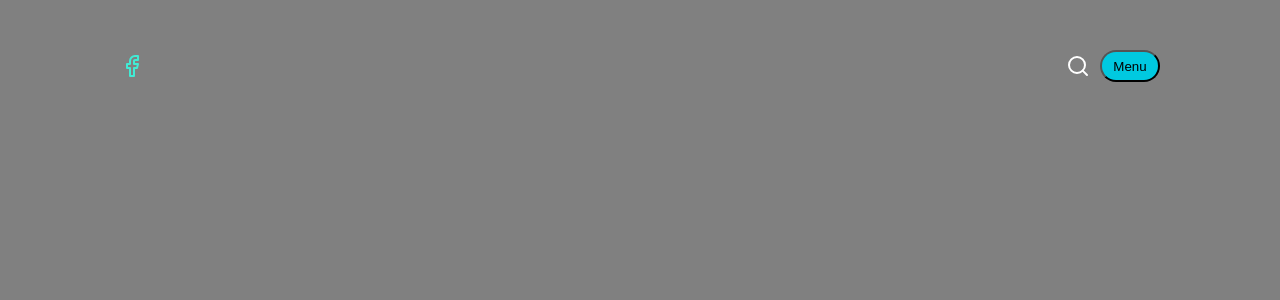
Repository: Silva-jr/night-trip
Page: index.html
An editor plug-in stored every save of this project. The page is shown before and after the next save, followed by the edit.
The browser window is 1280 px wide. The pictures show the whole page.

Above is the page before, as saved 2021-07-20 23:00:52.

### index.html
<!DOCTYPE html>
<html lang="en">

    <head>
        <meta charset="UTF-8">
        <meta http-equiv="X-UA-Compatible" content="IE=edge">
        <meta name="viewport" content="width=device-width, initial-scale=1.0">
        <link rel="stylesheet" href="style/style.css">
        <title>Document</title>
    </head>

    <body>
        <div class="container">
            <section class="app-content">
                <header class="header">
                        <div class="logo">
                            <img src="./assets/facebook 1.svg" alt="">
                        </div>
                        <div class="menu">
                            <img src="./assets/search 1.svg" alt="">
                            <button>Menu</button>
                        </div>
                </header>
            </section>
        </div>
    </body>

</html>

### style/style.css

* {
  box-sizing: border-box;
  margin: 0;
  padding: 0;
}

html {
  height: 100%; /* fix height to 100% for IE */
  max-height: 100%; /* fix height for other browsers */
  /*overflow:hidden; /*get rid of scroll bars in IE */
  overflow-x: hidden;
  transition: 0.3s;
}

html,
body {
  scroll-behavior: smooth;
  height: 100%;
  max-height: 100%;
  height: 100vh;
  font-size: 62.5%;
  font-family: "Roboto", sans-serif;
  background-color: grey;
}

body {
  overflow: hidden;
  font-family: "Poppins", sans-serif;
  background-color: var(--background-color);
  -webkit-font-smoothing: antialiased;
  -moz-osx-font-smoothing: grayscale;
}

a {
  text-decoration: none;
}

.container{
    width: 100%;
    margin: 0 auto;
    max-width: 1140px;
    padding: 5rem;
}

.app-content{
    width: 100%;
    height: auto;
    margin: 0 auto;
}

.header{
    width: 100%;
    height: auto;
    display: flex;
    align-items: center;
    justify-content: space-between;
}

.menu{
    display: flex;
}

.menu img{
    margin-right: 1rem;
}

.menu button{
    background-color: #00C9E0;
    width: 6rem;
    height: 3.2rem;
    border-radius: 4rem;
}

After the next save:
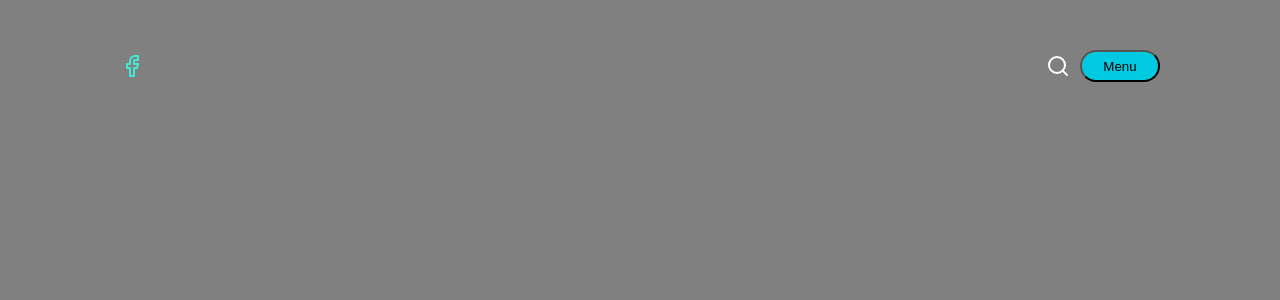
Saved 18 s later.
--- a/style/style.css
+++ b/style/style.css
@@ -67,7 +67,7 @@ a {
 
 .menu button{
     background-color: #00C9E0;
-    width: 6rem;
+    width: 8rem;
     height: 3.2rem;
     border-radius: 4rem;
 }
